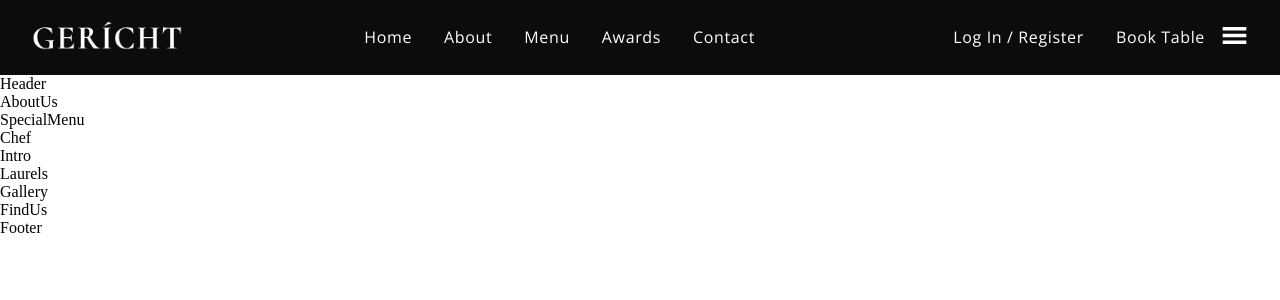
Repository: Isanderr/react-restaurant-page
Page: /
The author's editor kept a copy of each file at every save. The page is drawn from the files as they stood at one save, then again after the next save.
The browser window is 1280 px wide. The pictures show the whole page.
Some web fonts or font styles are not loaded; a fallback is used. The project was rebuilt for these pictures with package versions that can differ from the ones it lists, and the page was loaded fresh each time. Also part of the build but not shown: src/components/SubHeading/SubHeading.jsx, src/components/Footer/Newsletter.jsx, src/components/Footer/FooterOverlay.jsx, src/components/Menuitem/MenuItem.jsx.

Above is the page before, as saved 2022-05-21 14:40:20.

### public/index.html
<!DOCTYPE html>
<html lang="en">
  <head>
    <meta charset="utf-8" />
    <link rel="icon" href="%PUBLIC_URL%/favicon.ico" />
    <meta name="viewport" content="width=device-width, initial-scale=1" />
    <meta name="theme-color" content="#000000" />
    <meta
      name="description"
      content="Web site created using create-react-app"
    />
    <link rel="apple-touch-icon" href="%PUBLIC_URL%/logo192.png" />
    <link rel="manifest" href="%PUBLIC_URL%/manifest.json" />
    <title>Restaurant Page</title>
  </head>
  <body>
    <noscript>You need to enable JavaScript to run this app.</noscript>
    <div id="root"></div>
  </body>
</html>

### src/index.js
import React from 'react';
import { createRoot } from 'react-dom/client';

import './index.css';
import App from './App';

const container = document.getElementById('root');
const root = createRoot(container);
root.render(<React.StrictMode>
  <App />
</React.StrictMode>);

### src/components/Navbar/Navbar.jsx
import React from 'react';
import {GiHamburgerMenu} from 'react-icons/gi';
import {MdOutlineRestaurantMenu} from 'react-icons/md';
import images from '../../constants/images';


import './Navbar.css';

const Navbar = () => (
  <nav className="app__navbar">
    <div className="app__navbar-logo">
      <img src={ images.gericht} alt="logo"/>
    </div>
    <ul className="app__navbar-links">
      <li className="p__opensans"><a href="#home">Home</a></li>
      <li className="p__opensans"><a href="#about">About</a></li>
      <li className="p__opensans"><a href="#menu">Menu</a></li>
      <li className="p__opensans"><a href="#awards">Awards</a></li>
      <li className="p__opensans"><a href="#contact">Contact</a></li>
    </ul>
    <div className="app__navbar-login">
      <a href="#login" className="p__opensans">Log in / Register</a>
      <div/>
      <a href="/" className="p__opensans">Book Table</a>
    </div>
    <div className="app__navbar-smallscreen">
      <GiHamburgerMenu color="#fff" fontSize={27} onClick={()=>{}} />
    </div>
  </nav>
);

export default Navbar;

### src/constants/images.js
import bg from '../assets/bg.png';
import chef from '../assets/chef.png';
import G from '../assets/G.png';
import gallery01 from '../assets/gallery01.png';
import gallery02 from '../assets/gallery02.png';
import gallery03 from '../assets/gallery03.png';
import gallery04 from '../assets/gallery04.png';
import knife from '../assets/knife.png';
import logo from '../assets/logo.png';
import menu from '../assets/menu.png';
import overlaybg from '../assets/overlaybg.png';
import spoon from '../assets/spoon.svg';
import welcome from '../assets/welcome.png';
import findus from '../assets/findus.png';
import laurels from '../assets/laurels.png';
import award01 from '../assets/award01.png';
import award02 from '../assets/award02.png';
import award03 from '../assets/award03.png';
import award05 from '../assets/award05.png';
import sign from '../assets/sign.png';
import quote from '../assets/quote.png';
import gericht from '../assets/gericht.png';

export default {
  bg,
  chef,
  G,
  gallery01,
  gallery02,
  gallery03,
  gallery04,
  knife,
  logo,
  menu,
  overlaybg,
  spoon,
  welcome,
  findus,
  laurels,
  award01,
  award02,
  award03,
  award05,
  sign,
  quote,
  gericht,
};

### src/components/Navbar/Navbar.css
.app__navbar {
    width: 100%;
    display: flex;
    justify-content: space-between;
    align-items: center;
    background: var(--color-black);
    padding: 1rem 2rem;
}

.app__navbar-logo{
    display: flex;
    justify-content: flex-start;
    align-items: center;
}

.app__navbar-logo img {
    width: 150px;
}

.app__navbar-links {
    flex: 1;
    display: flex;
    justify-content: center;
    align-items: center;

    list-style: none;
}
.app__navbar-links li{
    margin: 0 1rem;
    cursor: pointer;
}

.app__navbar-links li:hover{
    color: var(--color-grey)
}

.app__navbar-login{
    display: flex;
    justify-content: flex-end;
    align-items: center;
}

.app__navbar-login a{
    margin: 0 1rem;
    text-decoration: none;
    transition: 0.5s ease;
}
.app__navbar-login a:hover {
    border-bottom: 1px solid var(--color-golden);
}

.app_navbar-login div {
    width: 1px;
    height: 30px;
    background-color: var(--color-grey);
}

Loaded but not shown: src/index.css (common file); src/App.js (common file); src/container/index.js (common file); src/components/index.js (common file); src/App.css (common file); src/container/AboutUs/AboutUs.jsx (common file); src/container/Chef/Chef.jsx (common file); src/container/Findus/FindUs.jsx (common file); src/container/Footer/Footer.jsx (common file); src/container/Gallery/Gallery.jsx (common file); src/container/Header/Header.jsx (common file); src/container/Intro/Intro.jsx (common file); src/container/Laurels/Laurels.jsx (common file); src/container/Menu/SpecialMenu.jsx (common file); src/components/Footer/FooterOverlay.css (no stored copy; drawn as an empty file); src/components/Footer/Newsletter.css (no stored copy; drawn as an empty file); src/components/Menuitem/MenuItem.css (no stored copy; drawn as an empty file); src/container/AboutUs/AboutUs.css (no stored copy; drawn as an empty file); src/container/Chef/Chef.css (no stored copy; drawn as an empty file); src/container/Footer/Footer.css (no stored copy; drawn as an empty file); src/container/Gallery/Gallery.css (no stored copy; drawn as an empty file); src/container/Header/Header.css (no stored copy; drawn as an empty file); src/container/Intro/Intro.css (no stored copy; drawn as an empty file); src/container/Laurels/Laurels.css (no stored copy; drawn as an empty file); src/container/Menu/SpecialMenu.css (no stored copy; drawn as an empty file)

After the next save:
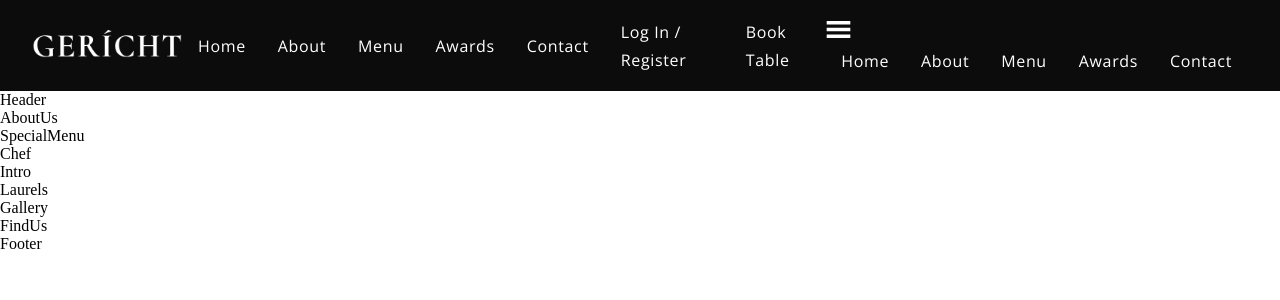
Saved 63 s later.
--- a/src/components/Navbar/Navbar.jsx
+++ b/src/components/Navbar/Navbar.jsx
@@ -24,7 +24,14 @@ const Navbar = () => (
       <a href="/" className="p__opensans">Book Table</a>
     </div>
     <div className="app__navbar-smallscreen">
-      <GiHamburgerMenu color="#fff" fontSize={27} onClick={()=>{}} />
+      <GiHamburgerMenu color="#fff" fontSize={27} onClick={() => { }} />
+      <ul className="app__navbar-links">
+      <li className="p__opensans"><a href="#home">Home</a></li>
+      <li className="p__opensans"><a href="#about">About</a></li>
+      <li className="p__opensans"><a href="#menu">Menu</a></li>
+      <li className="p__opensans"><a href="#awards">Awards</a></li>
+      <li className="p__opensans"><a href="#contact">Contact</a></li>
+    </ul>
     </div>
   </nav>
 );
